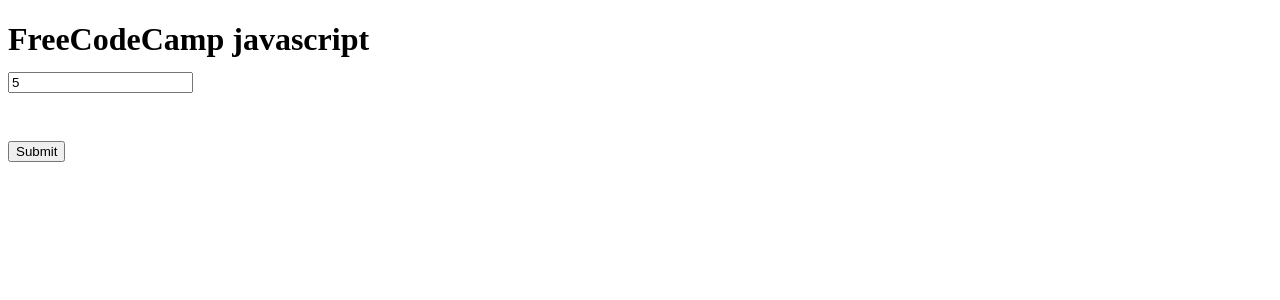
Repository: cuongcay/Clone_YB
Page: FreeCodeCamp.html
These files come from the project's save history. The page is drawn as it stood at one moment and after the next save; the edit follows.
The browser window is 1280 px wide. The pictures show the whole page.
Empty fields were first filled with sample values (such as "Sample", 5 or name@example.com).
After loading, the first visible `#submit` was clicked once.

Above is the page before, as saved 2022-08-02 15:48:10.

After the next save:
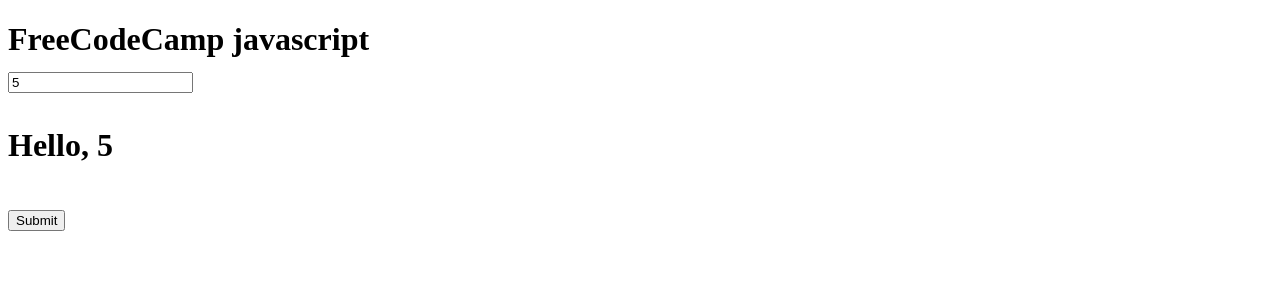
Saved 7 s later.
--- a/FreeCodeCamp.js
+++ b/FreeCodeCamp.js
@@ -5,5 +5,5 @@
     const submit = document.getElementById("submit");
 
     hello.innerHTML = `
-    `
+    <p>Hello, ${input}</p>`
 }
